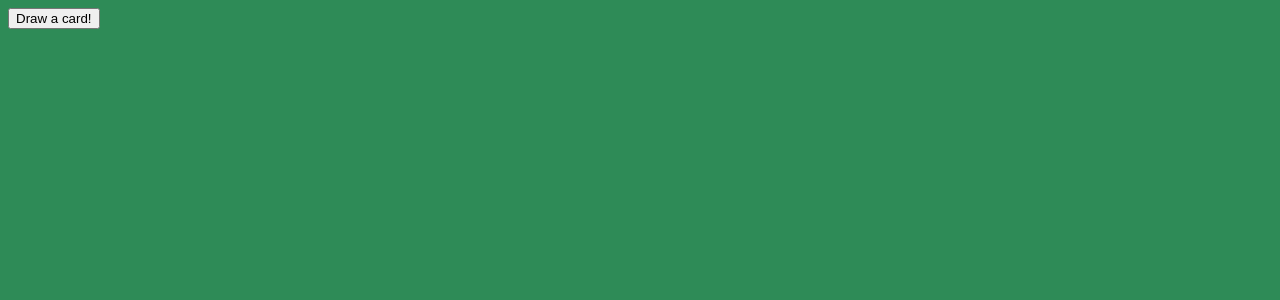
Repository: rmdayberry/JavaScript-Promises-Asychronous-Code
Page: Deck_of_Cards/Async-Await/deck_cards.html
An editor plug-in stored every save of this project. The page is shown before and after the next save, followed by the edit.
The browser window is 1280 px wide. The pictures show the whole page.
The page's requests for data from a server got no answer.

Above is the page before, as saved 2024-07-01 17:02:16.
Console error (its wording comes from the project's code and is left out).

### Deck_of_Cards/Async-Await/deck_cards.html
<!DOCTYPE html>
<html lang="en">
  <head>
    <link rel="stylesheet" href="deck_cards.css" />
    <meta charset="UTF-8" />
    <meta name="viewport" content="width=device-width, initial-scale=1.0" />
    <title>Deck of Cards Async/Await</title>
  </head>
  <body>
    <button>Draw a card!</button>
    <div id="card-space"></div>
    <script
      src="https://code.jquery.com/jquery-3.3.1.js"
      integrity="sha256-2Kok7MbOyxpgUVvAk/HJ2jigOSYS2auK4Pfzbm7uH60="
      crossorigin="anonymous"
    ></script>
    <script src="deck_cards.js"></script>
  </body>
</html>

### Deck_of_Cards/Async-Await/deck_cards.css
body {
  background-color: seagreen;
}

### Deck_of_Cards/Async-Await/deck_cards.js
$(function () {
  let baseURL = "https://deckofcardsapi.com/api/deck";

  // 1. Draw a single card and log the value and suit
  async function singleCard() {
    let data = await $.getJSON(`${baseURL}/new/draw/`);
    let { suit, value } = data.cards[0];
    console.log(`${value.toLowerCase()} of ${suit.toLowerCase()}`);
    $("#single-card").append(
      `<p>${value.toLowerCase()} of ${suit.toLowerCase()}</p>`
    );
  }
  singleCard();

  // 2. Draw two cards from the same deck and log the values and suits
  async function twoCards() {
    let firstCardData = await $.getJSON(`${baseURL}/new/draw/`);
    let deckId = firstCardData.deck_id;
    let secondCardData = await $.getJSON(`${baseURL}/${deckId}/draw/`);
    [firstCardData, secondCardData].forEach((cardData) => {
      let { suit, value } = cardData.cards[0];
      console.log(`${value.toLowerCase()} of ${suit.toLowerCase()}`);
      $("#two-cards").append(
        `<p>${value.toLowerCase()} of ${suit.toLowerCase()}</p>`
      );
    });
  }
  twoCards();

  // 3. Draw cards from a deck until no cards are left
  async function allTheWay() {
    let $btn = $("#draw-card");
    let $cardArea = $("#card-space");

    let deckData = await $.getJSON(`${baseURL}/new/shuffle/`);
    $btn.show().on("click", async function () {
      let cardData = await $.getJSON(`${baseURL}/${deckData.deck_id}/draw/`);
      let cardSrc = cardData.cards[0].image;
      let angle = Math.random() * 90 - 45;
      let randomX = Math.random() * 40 - 20;
      let randomY = Math.random() * 40 - 20;
      $cardArea.append(
        $("<img>", {
          src: cardSrc,
          css: {
            transform: `translate(${randomX}px, ${randomY}px) rotate(${angle}deg)`,
          },
        })
      );
      if (cardData.remaining === 0) $btn.remove();
    });
  }
  allTheWay();
});

After the next save:
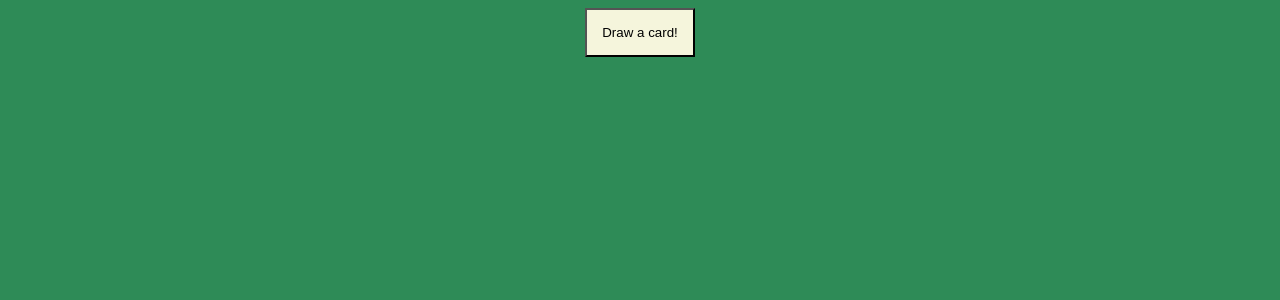
Saved 53 s later.
--- a/Deck_of_Cards/Async-Await/deck_cards.css
+++ b/Deck_of_Cards/Async-Await/deck_cards.css
@@ -1,3 +1,9 @@
 body {
   background-color: seagreen;
+  text-align: center;
 }
+
+button {
+  padding: 15px;
+  background-color: beige;
+}
